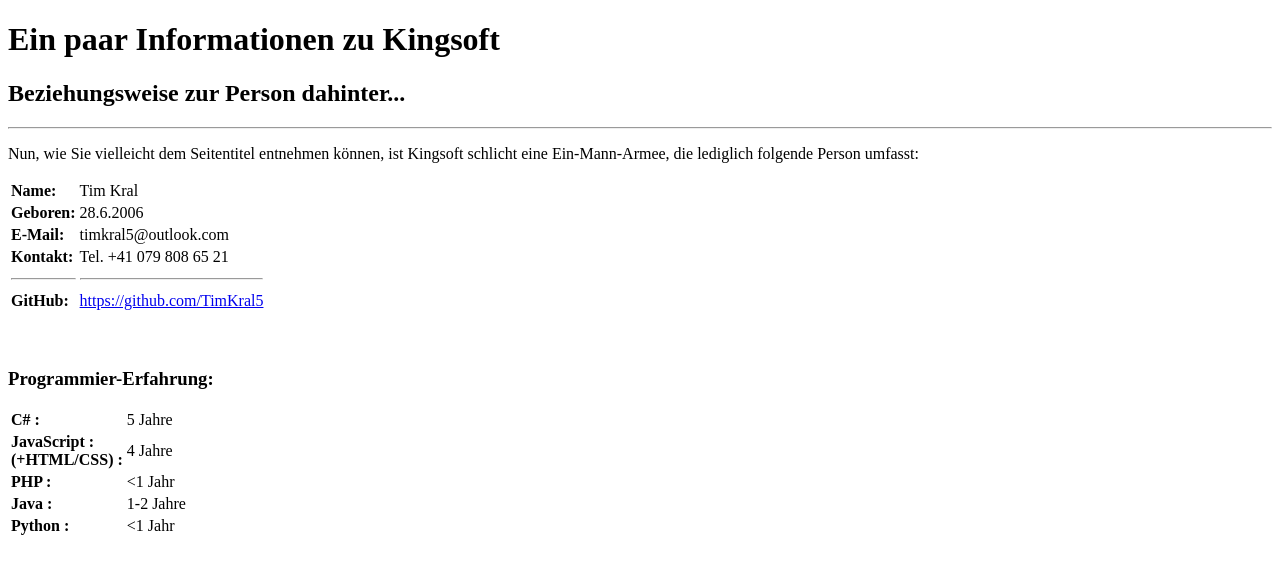
Repository: TimKral5/WikiPage
Page: Homepage/pages/about/about.htm
The author's editor kept a copy of each file at every save. The page is drawn from the files as they stood at one save, then again after the next save.
The browser window is 1280 px wide. The pictures show the whole page.

Above is the page before, as saved 2022-11-10 23:23:55.

After the next save:
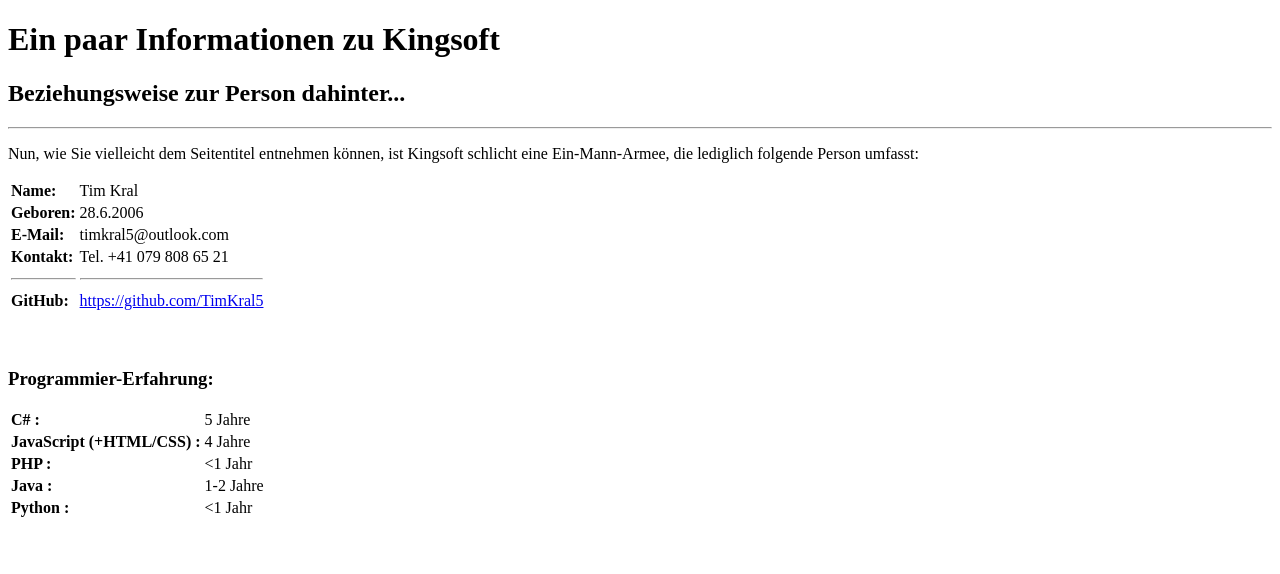
Saved 13 s later.
--- a/Homepage/pages/about/about.htm
+++ b/Homepage/pages/about/about.htm
@@ -52,7 +52,7 @@
             <td>5 Jahre</td>
         </tr>
         <tr>
-            <td><b>JavaScript : <br> (+HTML/CSS) :</b></td>
+            <td><b>JavaScript (+HTML/CSS) :</b></td>
             <td>4 Jahre</td>
         </tr>
         <tr>
